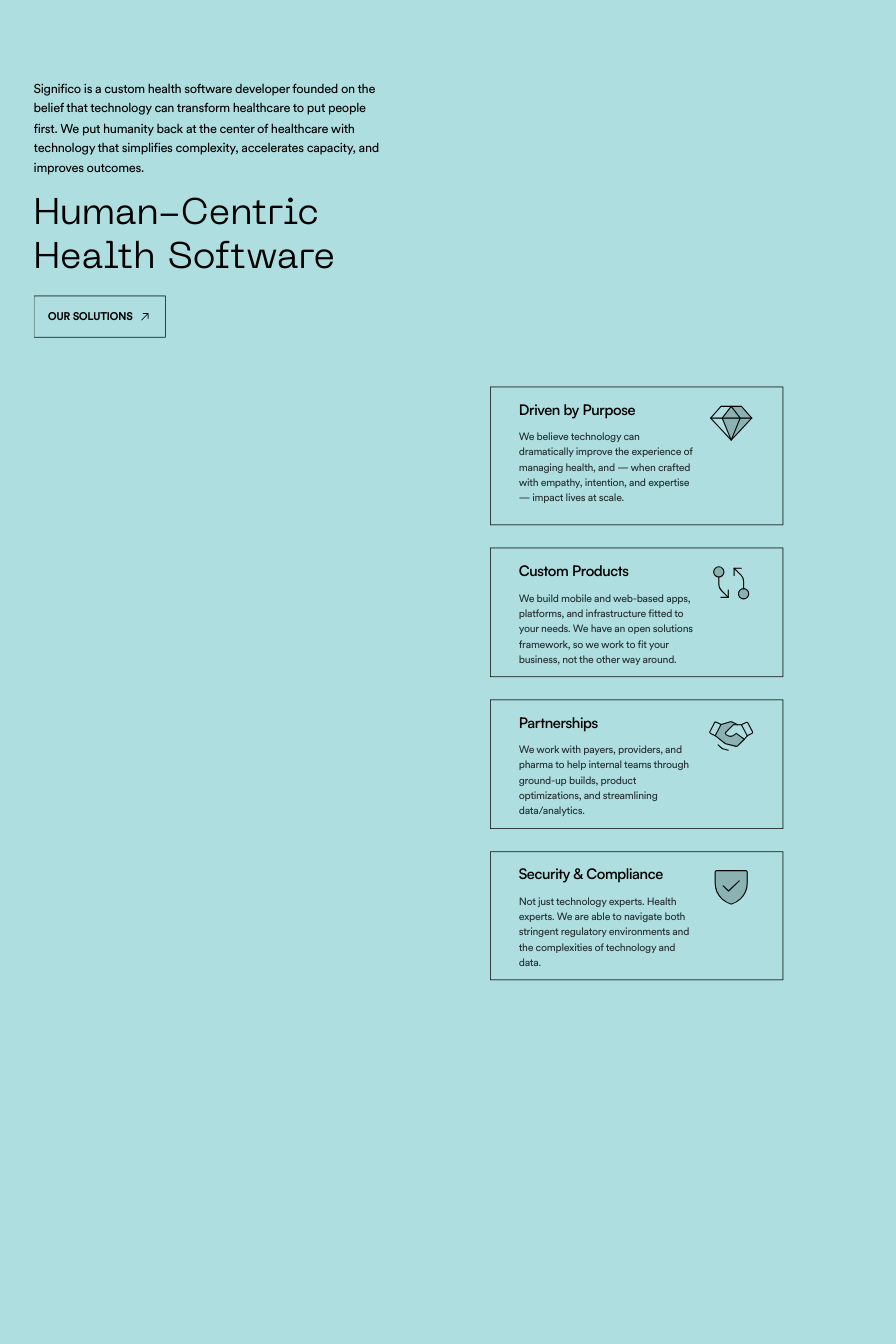
Repository: nikhilsinghrathore1/CAC_Ki_Majdoori
Page: /
These files come from the project's save history. The page is drawn as it stood at one moment and after the next save; the edit follows.
The browser window is 1280 px wide. The pictures show the part of the page from y = 816 to 2736 px (the page is 2736 px tall), at 70% of full size.
The project was rebuilt for these pictures with package versions that can differ from the ones it lists, and the page was loaded fresh each time. Also part of the build but not shown: vite.config.ts.

Above is the page before, as saved 2024-07-25 10:42:09.

### index.html
<!doctype html>
<html lang="en">
  <head>
    <meta charset="UTF-8" />
    <link rel="icon" type="image/svg+xml" href="/vite.svg" />
    <meta name="viewport" content="width=device-width, initial-scale=1.0" />
    <title>CAC Not hopefully test draft</title>
  </head>
  <body>
    <div id="root"></div>
    <script type="module" src="/src/main.tsx"></script>
  </body>
</html>

### src/App.tsx

import './App.css'
import Landing from './Pages/Landing'
import SecondTest from './Pages/SecondTest'
import ThirdTest from './Pages/ThirdTest'

function App() {

  return (
    <>
      <Landing/>
      <SecondTest/>
      <ThirdTest/>
    </>
  )
}

export default App

### src/index.css
@tailwind base;
@tailwind components;
@tailwind utilities;

/* Hide scrollbar for Chrome, Safari and Opera */
*::-webkit-scrollbar {
            width: 3px;


}

### src/App.css
@font-face {
  font-family: font1;
  src: url("/PPNeueMontreal-Regular.ttf");
}

@font-face {
  font-family: font2;
  src: url("/659dbdfd5a080be8d3483173_Satoshi-Variable.ttf");
}
 @font-face {
  font-family: font4;
  src: url("/public/CircularXXWeb-Book.ttf");
}
@font-face {
  font-family: font3;
  src: url("/659dbdfd5a080be8d348316e_PP\ Neue\ Machina\ Inktrap\ Medium.ttf");
}
@font-face {
  font-family: font5;
  src: url("/public/659dbdfd5a080be8d348316f_PPNeueMachina_\ Light.ttf");
}

.f1{
  font-family: font1;
}
.f2{
  font-family: font2;
}

.f3{
  font-family: font3;
}
.f4{
  font-family: font4;
}
.f5{
  font-family: font5;
}
.transi{
  transition: all 0.5s ease-out;
}

### src/Pages/SecondTest.tsx
import React from 'react'
import Marquee from '../components/Marquee'

const SecondTest = () => {
  return (
               <>

               <div className='w-full h-screen bg-[#AEDEE0] relative   '>

               <div className='w-full text-center f2 font-semibold text-[23.5px] leading-none pt-[90px] tracking-wide'>
                 <h1 className='mb-4'>We foster growth through success</h1>
                 <h1>that is more than just a club:</h1>
               </div>

<div className='absolute top-[55%] left-1/2 -translate-x-1/2 -translate-y-1/2 w-full whitespace-nowrap overflow-hidden '>
               <Marquee text={["emphatatic" ,"useful","intuitive" , "nikoChan"]} dist={20}/>
               <Marquee text={["emphatatic" ,"useful","intuitive" , "nikoChan"]} dist={40}/>
               <Marquee text={["emphatatic" ,"useful","intuitive" , "nikoChan"]} dist={30}/>
               <Marquee text={["emphatatic" ,"useful","intuitive" , "nikoChan"]} dist={80}/>

</div>
</div>
</>
  )
}

export default SecondTest

### src/Pages/ThirdTest.tsx
import React from 'react'
import { GoArrowUpRight } from "react-icons/go";
import InsideAbout from '../components/InsideAbout';


const ThirdTest = () => {
  return (
    <div className='w-full h-[280vh] justify-between bg-[#AEDEE0] flex items-start px-12'>
               <div className='w-[41.9%] mt-20 pt-32 sticky top-0'>
                           <p className='f4 text-[1.14rem] font-normal tracking-tight leading-[1.78rem]'>Significo is a custom health software developer founded on the belief that technology can transform healthcare to put people first. We put humanity back at the center of healthcare with technology that simplifies complexity, accelerates capacity, and improves outcomes. </p>

                           <h1 className='f5 text-[3.3rem] mt-5 leading-[4rem]'>Human-Centric Health Software</h1>

                           <div className='w-[38%] h-[60px] mt-5 border border-black font-semibold uppercase flex items-center gap-2 text-[15px]  f4 justify-center'>
                              <h1 className='flex items-center gap-2'>our Solutions <GoArrowUpRight className='text-[1.2rem] '/></h1>
                           </div>
               </div>
               <div className='w-[50%]   h-full pt-[90vh] pl-12'>
                              <div className=' w-[77%] origin-center ml-3  transition-all  pt-4  flex justify-between gap-4 px-10 border border-black h-[14.5%]'>
                                            <InsideAbout mainText={"Driven by Purpose"} para={"We believe technology can dramatically improve the experience of managing health, and — when crafted with empathy, intention, and expertise — impact lives at scale."} svg={<svg width="100%" height="38%" viewBox="0 0 64 64" fill="none" xmlns="http://www.w3.org/2000/svg">
<path opacity="0.2" d="M45.9998 10H31.9998L19.7271 26L31.9998 56L59.9998 26L45.9998 10Z" fill="currentColor"></path>
<path d="M18 10H46L60 26L32 56L4 26L18 10Z" stroke="currentColor" stroke-width="1.5" stroke-linecap="round" stroke-linejoin="round"></path>
<path d="M44.2726 26L31.9998 56L19.7271 26L31.9998 10L44.2726 26Z" stroke="currentColor" stroke-width="1.5" stroke-linecap="round" stroke-linejoin="round"></path>
<path d="M4 26H60" stroke="currentColor" stroke-width="1.5" stroke-linecap="round" stroke-linejoin="round"></path>
</svg>}/>

                              </div>
                              <div className=' w-[77%] mt-8 origin-center ml-3  transition-all  pt-4  flex justify-between gap-4 px-10 border border-black h-[13.5%]'>
                                            <InsideAbout mainText={"Custom Products"} para={"We build mobile and web-based apps, platforms, and infrastructure fitted to your needs. We have an open solutions framework, so we work to fit your business, not the other way around."} svg={<svg width="100%" height="40%" viewBox="0 0 64 64" fill="none" xmlns="http://www.w3.org/2000/svg">
<path opacity="0.2" d="M49.0005 54C52.8665 54 56.0005 50.866 56.0005 47C56.0005 43.134 52.8665 40 49.0005 40C45.1345 40 42.0005 43.134 42.0005 47C42.0005 50.866 45.1345 54 49.0005 54Z" fill="currentColor"></path>
<path opacity="0.2" d="M15 24C18.866 24 22 20.866 22 17C22 13.134 18.866 10 15 10C11.134 10 8 13.134 8 17C8 20.866 11.134 24 15 24Z" fill="currentColor"></path>
<path d="M49.0005 54C52.8665 54 56.0005 50.866 56.0005 47C56.0005 43.134 52.8665 40 49.0005 40C45.1345 40 42.0005 43.134 42.0005 47C42.0005 50.866 45.1345 54 49.0005 54Z" stroke="currentColor" stroke-width="1.5" stroke-linecap="round" stroke-linejoin="round"></path>
<path d="M49.0006 40L49.0002 29.9703C49.0001 26.7878 47.7358 23.7358 45.4855 21.4855L36 12" stroke="currentColor" stroke-width="1.5" stroke-linecap="round" stroke-linejoin="round"></path>
<path d="M36 22V12H46" stroke="currentColor" stroke-width="1.5" stroke-linecap="round" stroke-linejoin="round"></path>
<path d="M15 24C18.866 24 22 20.866 22 17C22 13.134 18.866 10 15 10C11.134 10 8 13.134 8 17C8 20.866 11.134 24 15 24Z" stroke="currentColor" stroke-width="1.5" stroke-linecap="round" stroke-linejoin="round"></path>
<path d="M15 24L15.0004 34.0297C15.0005 37.2122 16.2648 40.2642 18.5151 42.5145L28.0006 52" stroke="currentColor" stroke-width="1.5" stroke-linecap="round" stroke-linejoin="round"></path>
<path d="M28.0003 42V52H18.0003" stroke="currentColor" stroke-width="1.5" stroke-linecap="round" stroke-linejoin="round"></path>
</svg>}/>

                              </div>
                              <div className=' w-[77%] mt-8 origin-center ml-3  transition-all  pt-4  flex justify-between gap-4 px-10 border border-black h-[13.5%]'>
                                            <InsideAbout mainText={"Partnerships"} para={"We work with payers, providers, and pharma to help internal teams through ground-up builds, product optimizations, and streamlining data/analytics."} svg={<svg width="100%" height="40%" viewBox="0 0 64 64" fill="none" xmlns="http://www.w3.org/2000/svg">
<path opacity="0.2" d="M50 38.2155L40.8007 47.4147C40.5565 47.659 40.2532 47.8358 39.9204 47.928C39.5875 48.0201 39.2365 48.0246 38.9014 47.9408L24.4122 44.3185C24.1404 44.2506 23.886 44.1263 23.6653 43.9537L10 33.268L18.1436 17.9475L30.9736 14.2071C31.4319 14.0735 31.9229 14.1082 32.3578 14.3051L41 18.2155H35.8284C35.5658 18.2155 35.3057 18.2672 35.0631 18.3677C34.8204 18.4682 34.5999 18.6155 34.4142 18.8012L24.6306 28.5848C24.428 28.7875 24.2713 29.0313 24.1711 29.2997C24.0709 29.5682 24.0295 29.855 24.0498 30.1408C24.0702 30.4267 24.1517 30.7048 24.2888 30.9564C24.426 31.208 24.6156 31.4271 24.8448 31.5991L26.2 32.6155C27.5848 33.654 29.269 34.2155 31 34.2155C32.731 34.2155 34.4152 33.654 35.8 32.6155L39 30.2155L50 38.2155Z" fill="currentColor"></path>
<path d="M60.1794 30.4462L54 33.5359L46 18.2154L52.2423 15.0942C52.7113 14.8597 53.2536 14.8188 53.7525 14.9802C54.2514 15.1416 54.6669 15.4925 54.9096 15.9573L61.0578 27.7316C61.1808 27.967 61.2556 28.2246 61.2779 28.4892C61.3002 28.7539 61.2696 29.0204 61.1878 29.2731C61.1061 29.5258 60.9748 29.7596 60.8016 29.9611C60.6285 30.1625 60.417 30.3274 60.1794 30.4462V30.4462Z" stroke="currentColor" stroke-width="1.5" stroke-linecap="round" stroke-linejoin="round"></path>
<path d="M10.0011 33.2681L3.8217 30.1784C3.58414 30.0596 3.37261 29.8947 3.19947 29.6932C3.02633 29.4918 2.89504 29.258 2.81327 29.0052C2.7315 28.7525 2.70088 28.4861 2.7232 28.2214C2.74552 27.9568 2.82033 27.6992 2.94327 27.4638L9.09151 15.6895C9.33421 15.2247 9.74973 14.8738 10.2486 14.7124C10.7475 14.551 11.2898 14.5919 11.7588 14.8264L18.0011 17.9475L10.0011 33.2681Z" stroke="currentColor" stroke-width="1.5" stroke-linecap="round" stroke-linejoin="round"></path>
<path d="M54 33.5359L50 38.2154L40.8007 47.4147C40.5565 47.6589 40.2532 47.8357 39.9204 47.9279C39.5875 48.0201 39.2365 48.0245 38.9014 47.9407L24.4122 44.3184C24.1404 44.2505 23.886 44.1262 23.6653 43.9537L10 33.2679" stroke="currentColor" stroke-width="1.5" stroke-linecap="round" stroke-linejoin="round"></path>
<path d="M50 38.2155L39 30.2155L35.8 32.6155C34.4152 33.654 32.7309 34.2155 31 34.2155C29.269 34.2155 27.5848 33.654 26.2 32.6155L24.8448 31.5991C24.6156 31.4271 24.4259 31.208 24.2888 30.9564C24.1516 30.7048 24.0701 30.4267 24.0498 30.1408C24.0295 29.855 24.0709 29.5682 24.1711 29.2997C24.2713 29.0313 24.428 28.7875 24.6306 28.5849L34.4142 18.8012C34.5999 18.6155 34.8204 18.4682 35.063 18.3677C35.3057 18.2672 35.5658 18.2155 35.8284 18.2155H46" stroke="currentColor" stroke-width="1.5" stroke-linecap="round" stroke-linejoin="round"></path>
<path d="M18.1433 17.9475L30.9733 14.2071C31.4316 14.0735 31.9226 14.1082 32.3576 14.3051L40.9997 18.2155" stroke="currentColor" stroke-width="1.5" stroke-linecap="round" stroke-linejoin="round"></path>
<path d="M28 53.2154L20.4651 51.3317C20.1594 51.2552 19.876 51.1076 19.6381 50.9008L14 46" stroke="currentColor" stroke-width="1.5" stroke-linecap="round" stroke-linejoin="round"></path>
</svg>}/>

                              </div>
                              <div className=' w-[77%] mt-8 origin-center ml-3  transition-all  pt-4  flex justify-between gap-4 px-10 border border-black h-[13.5%]'>
                                            <InsideAbout mainText={"Security & Compliance"} para={"Not just technology experts. Health experts. We are able to navigate both stringent regulatory environments and the complexities of technology and data."} svg={<svg width="100%" height="40%" viewBox="0 0 64 64" fill="none" xmlns="http://www.w3.org/2000/svg">
<path opacity="0.2" d="M10 26.6667V12C10 11.4696 10.2107 10.9609 10.5858 10.5858C10.9609 10.2107 11.4696 10 12 10H52C52.5304 10 53.0391 10.2107 53.4142 10.5858C53.7893 10.9609 54 11.4696 54 12V26.6667C54 47.6705 36.1735 54.6292 32.6141 55.8093C32.2161 55.9463 31.7839 55.9463 31.386 55.8093C27.8265 54.6292 10 47.6705 10 26.6667Z" fill="currentColor"></path>
<path d="M10 26.6667V12C10 11.4696 10.2107 10.9609 10.5858 10.5858C10.9609 10.2107 11.4696 10 12 10H52C52.5304 10 53.0391 10.2107 53.4142 10.5858C53.7893 10.9609 54 11.4696 54 12V26.6667C54 47.6705 36.1735 54.6292 32.6141 55.8093C32.2161 55.9463 31.7839 55.9463 31.386 55.8093C27.8265 54.6292 10 47.6705 10 26.6667Z" stroke="currentColor" stroke-width="1.5" stroke-linecap="round" stroke-linejoin="round"></path>
<path d="M43 24L28.3333 38L21 31" stroke="currentColor" stroke-width="1.5" stroke-linecap="round" stroke-linejoin="round"></path>
</svg>}/>

                              </div>
               </div>
    </div>
  )
}

export default ThirdTest

### src/components/Marquee.tsx
import React from 'react'

type marqueprop ={
               text:String[]
               dist:Number
}

const Marquee = ({text , dist}:marqueprop) => {
               // console.log(dist)
  return (
    <div className={`w-full flex gap-6 items-center f3 text-[78px] leading-none`}
    style={{ transform: `translateX(-${dist}%)` }}
    >
               <div className='flex  gap-6  px-2 items-center'>
                              <h1>{text[0]}</h1>
                              <div className='w-12 mt-[0px] h-12 rounded-full'>
                                <img className='w-full  h-full object-cover' src="https://cdn.prod.website-files.com/659dbdfd5a080be8d3483164/659dbdfd5a080be8d3483184_Ellipse%20845.webp" alt="not showing" />
                              </div>
               </div>
               <div className='flex  gap-6  px-2 items-center'>
                              <h1>{text[1]}</h1>
                              <div className='w-12  mt-[0px] h-12 rounded-full'>
                                <img className='w-full  h-full object-cover' src="https://cdn.prod.website-files.com/659dbdfd5a080be8d3483164/659dbdfd5a080be8d3483183_Ellipse%20845-6.webp" alt="not showing" />
                              </div>
               </div>
               <div className='flex  gap-6  px-2 items-center'>
                              <h1>{text[2]}</h1>
                              <div className='w-12  mt-[0px] h-12 rounded-full'>
                                <img className='w-full  h-full object-cover' src="https://cdn.prod.website-files.com/659dbdfd5a080be8d3483164/659dbdfd5a080be8d348317a_Ellipse%20845-10.webp" alt="not showing" />
                              </div>
               </div>
               <div className='flex  gap-6  px-2 items-center'>
                              <h1>{text[3]}</h1>
                              <div className='w-12  mt-[0px] h-12 rounded-full'>
                                <img className='w-full  h-full object-cover' src="https://cdn.prod.website-files.com/659dbdfd5a080be8d3483164/659dbdfd5a080be8d3483195_Ellipse%20845.webp" alt="not showing" />
                              </div>
               </div>
               <div className='flex  gap-6  px-2 items-center'>
                              <h1>{text[0]}</h1>
                              <div className='w-12  mt-[0px] h-12 rounded-full'>
                                    <img className='w-full  h-full object-cover' src="https://cdn.prod.website-files.com/659dbdfd5a080be8d3483164/659dbdfd5a080be8d3483181_Ellipse%20845-5.webp" alt="not showing" />
                              </div>
               </div>
               <div className='flex  gap-6  px-2 items-center'>
                              <h1>{text[1]}</h1>
                              <div className='w-12  mt-[12px] h-12 rounded-full'>
                                <img className='w-full  h-full object-cover' src="https://cdn.prod.website-files.com/659dbdfd5a080be8d3483164/659dbdfd5a080be8d3483180_Ellipse%20845-4.webp" alt="not showing" />
                              </div>
               </div>

    </div>
  )
}

export default Marquee

### src/components/InsideAbout.tsx
import React from 'react'

const InsideAbout = ({mainText, para , svg}) => {
  return (
                 <>
                 <div className='w-[280px] h-full'>
               <h1 className='f2 text-[1.3rem] tracking-tight font-semibold'>{mainText}</h1>
               <p className='text-[15px]   f4 opacity-80 font-light tracking-tight leading-[22px] mt-3'>{para}</p>
</div>
<div className='w-[22%] h-full '>
{svg}
</div>
                 </>

  )
}

export default InsideAbout

Loaded but not shown: src/main.tsx (common file); tailwind.config.js (common file); src/Pages/Landing.tsx (262 lines, source omitted)

After the next save:
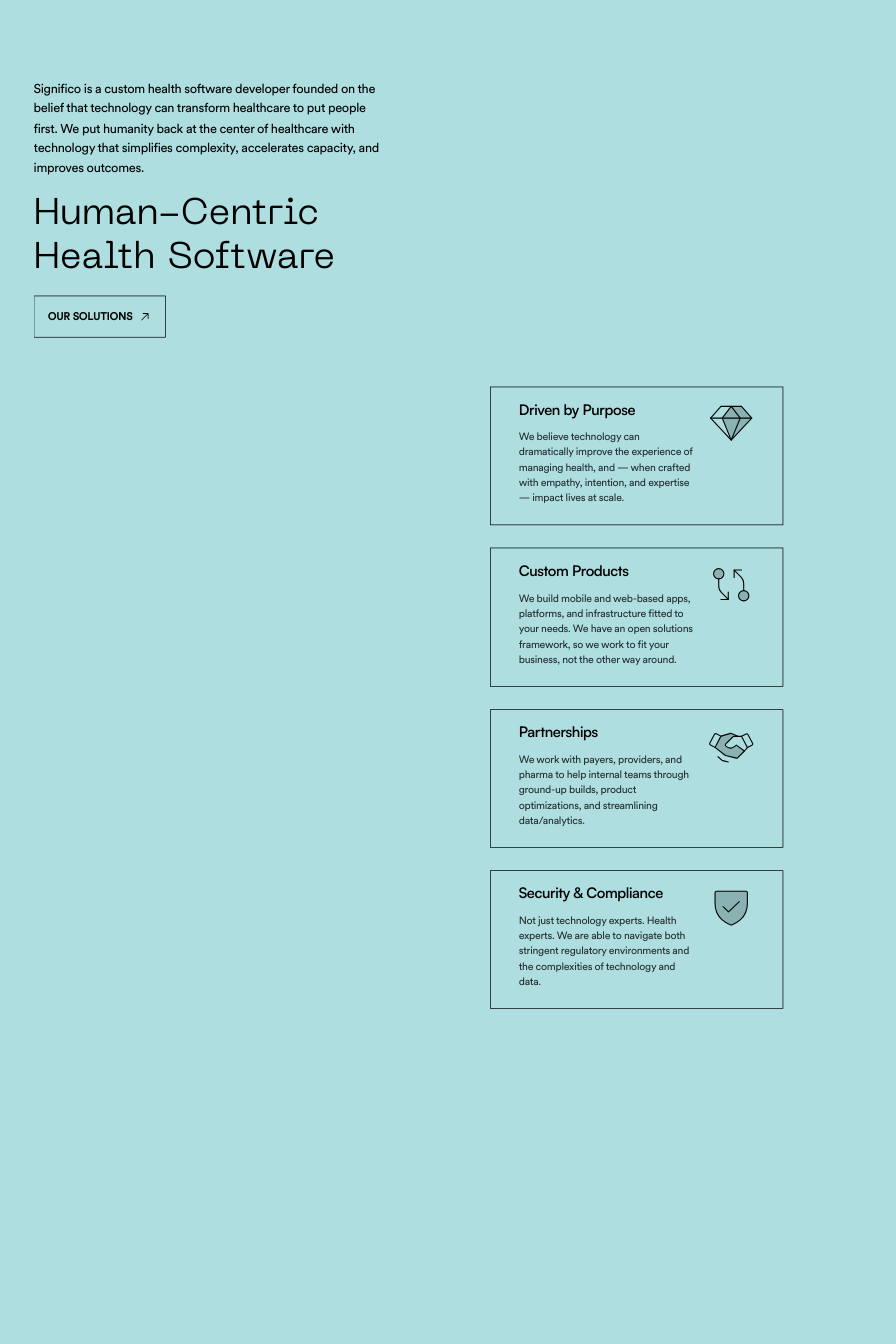
Saved 33 s later.
--- a/src/Pages/ThirdTest.tsx
+++ b/src/Pages/ThirdTest.tsx
@@ -25,7 +25,7 @@
 </svg>}/>
 
                               </div>
-                              <div className=' w-[77%] mt-8 origin-center ml-3  transition-all  pt-4  flex justify-between gap-4 px-10 border border-black h-[13.5%]'>
+                              <div className=' w-[77%] mt-8 origin-center ml-3  transition-all  pt-4  flex justify-between gap-4 px-10 border border-black h-[14.5%]'>
                                             <InsideAbout mainText={"Custom Products"} para={"We build mobile and web-based apps, platforms, and infrastructure fitted to your needs. We have an open solutions framework, so we work to fit your business, not the other way around."} svg={<svg width="100%" height="40%" viewBox="0 0 64 64" fill="none" xmlns="http://www.w3.org/2000/svg">
 <path opacity="0.2" d="M49.0005 54C52.8665 54 56.0005 50.866 56.0005 47C56.0005 43.134 52.8665 40 49.0005 40C45.1345 40 42.0005 43.134 42.0005 47C42.0005 50.866 45.1345 54 49.0005 54Z" fill="currentColor"></path>
 <path opacity="0.2" d="M15 24C18.866 24 22 20.866 22 17C22 13.134 18.866 10 15 10C11.134 10 8 13.134 8 17C8 20.866 11.134 24 15 24Z" fill="currentColor"></path>
@@ -38,7 +38,7 @@
 </svg>}/>
 
                               </div>
-                              <div className=' w-[77%] mt-8 origin-center ml-3  transition-all  pt-4  flex justify-between gap-4 px-10 border border-black h-[13.5%]'>
+                              <div className=' w-[77%] mt-8 origin-center ml-3  transition-all  pt-4  flex justify-between gap-4 px-10 border border-black h-[14.5%]'>
                                             <InsideAbout mainText={"Partnerships"} para={"We work with payers, providers, and pharma to help internal teams through ground-up builds, product optimizations, and streamlining data/analytics."} svg={<svg width="100%" height="40%" viewBox="0 0 64 64" fill="none" xmlns="http://www.w3.org/2000/svg">
 <path opacity="0.2" d="M50 38.2155L40.8007 47.4147C40.5565 47.659 40.2532 47.8358 39.9204 47.928C39.5875 48.0201 39.2365 48.0246 38.9014 47.9408L24.4122 44.3185C24.1404 44.2506 23.886 44.1263 23.6653 43.9537L10 33.268L18.1436 17.9475L30.9736 14.2071C31.4319 14.0735 31.9229 14.1082 32.3578 14.3051L41 18.2155H35.8284C35.5658 18.2155 35.3057 18.2672 35.0631 18.3677C34.8204 18.4682 34.5999 18.6155 34.4142 18.8012L24.6306 28.5848C24.428 28.7875 24.2713 29.0313 24.1711 29.2997C24.0709 29.5682 24.0295 29.855 24.0498 30.1408C24.0702 30.4267 24.1517 30.7048 24.2888 30.9564C24.426 31.208 24.6156 31.4271 24.8448 31.5991L26.2 32.6155C27.5848 33.654 29.269 34.2155 31 34.2155C32.731 34.2155 34.4152 33.654 35.8 32.6155L39 30.2155L50 38.2155Z" fill="currentColor"></path>
 <path d="M60.1794 30.4462L54 33.5359L46 18.2154L52.2423 15.0942C52.7113 14.8597 53.2536 14.8188 53.7525 14.9802C54.2514 15.1416 54.6669 15.4925 54.9096 15.9573L61.0578 27.7316C61.1808 27.967 61.2556 28.2246 61.2779 28.4892C61.3002 28.7539 61.2696 29.0204 61.1878 29.2731C61.1061 29.5258 60.9748 29.7596 60.8016 29.9611C60.6285 30.1625 60.417 30.3274 60.1794 30.4462V30.4462Z" stroke="currentColor" stroke-width="1.5" stroke-linecap="round" stroke-linejoin="round"></path>
@@ -50,7 +50,7 @@
 </svg>}/>
 
                               </div>
-                              <div className=' w-[77%] mt-8 origin-center ml-3  transition-all  pt-4  flex justify-between gap-4 px-10 border border-black h-[13.5%]'>
+                              <div className=' w-[77%] mt-8 origin-center ml-3  transition-all  pt-4  flex justify-between gap-4 px-10 border border-black h-[14.5%]'>
                                             <InsideAbout mainText={"Security & Compliance"} para={"Not just technology experts. Health experts. We are able to navigate both stringent regulatory environments and the complexities of technology and data."} svg={<svg width="100%" height="40%" viewBox="0 0 64 64" fill="none" xmlns="http://www.w3.org/2000/svg">
 <path opacity="0.2" d="M10 26.6667V12C10 11.4696 10.2107 10.9609 10.5858 10.5858C10.9609 10.2107 11.4696 10 12 10H52C52.5304 10 53.0391 10.2107 53.4142 10.5858C53.7893 10.9609 54 11.4696 54 12V26.6667C54 47.6705 36.1735 54.6292 32.6141 55.8093C32.2161 55.9463 31.7839 55.9463 31.386 55.8093C27.8265 54.6292 10 47.6705 10 26.6667Z" fill="currentColor"></path>
 <path d="M10 26.6667V12C10 11.4696 10.2107 10.9609 10.5858 10.5858C10.9609 10.2107 11.4696 10 12 10H52C52.5304 10 53.0391 10.2107 53.4142 10.5858C53.7893 10.9609 54 11.4696 54 12V26.6667C54 47.6705 36.1735 54.6292 32.6141 55.8093C32.2161 55.9463 31.7839 55.9463 31.386 55.8093C27.8265 54.6292 10 47.6705 10 26.6667Z" stroke="currentColor" stroke-width="1.5" stroke-linecap="round" stroke-linejoin="round"></path>
